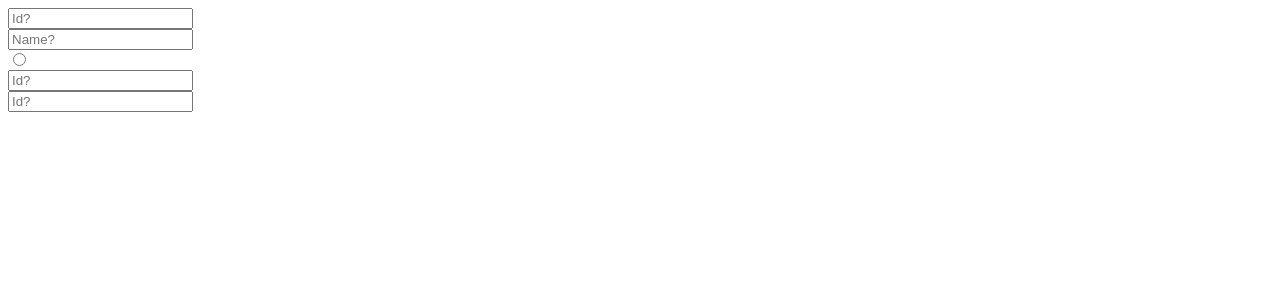
Repository: HoangTrung2004/JAVA4
Page: Lab7/src/main/webapp/views/employee.html
An editor plug-in stored every save of this project. The page is shown before and after the next save, followed by the edit.
The browser window is 1280 px wide. The pictures show the whole page.

Above is the page before, as saved 2025-07-21 09:45:32.

After the next save:
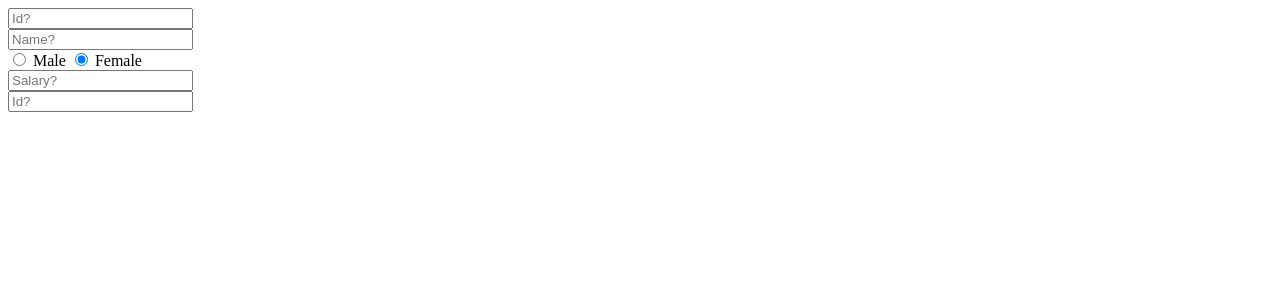
Saved 76 s later.
--- a/Lab7/src/main/webapp/views/employee.html
+++ b/Lab7/src/main/webapp/views/employee.html
@@ -9,8 +9,9 @@
 	<div>
 	<input id="id" placeholder="Id?"> <br>
 	<input id="name" placeholder="Name?"> <br>
-	<input type="radio" placeholder="Id?"> <br>
-	<input id="id" placeholder="Id?"> <br>
+	<input type="radio" id="male" name= "gender" checked> Male
+	<input type="radio" id="female" name= "gender" checked> Female <br>
+	<input id="salary" placeholder="Salary?"> <br>
 	<input id="id" placeholder="Id?"> <br>
 
 	</div>
